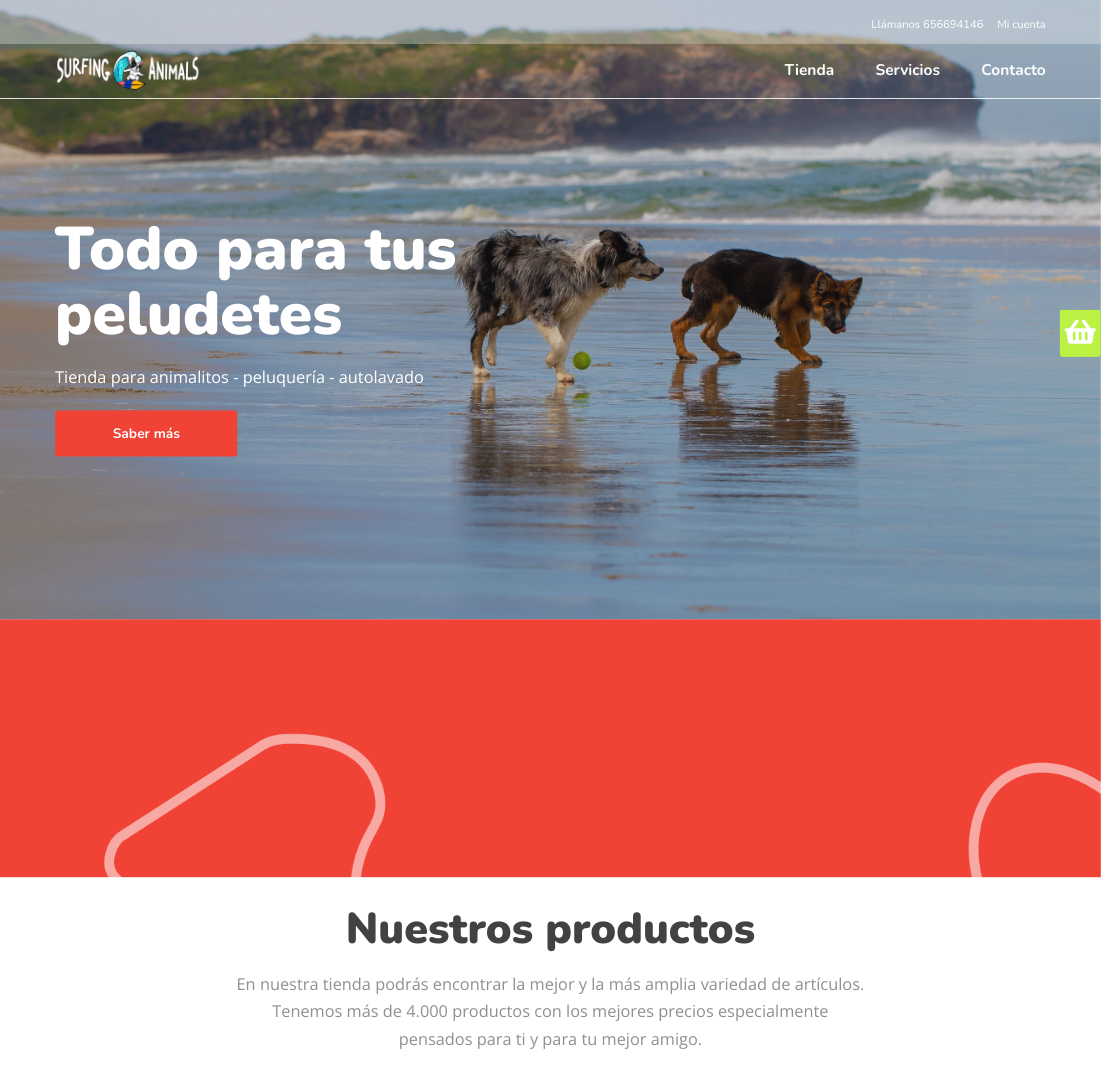
Repository: MarilynCuore/landingVet
Page: index.html
The author's editor kept a copy of each file at every save. The page is drawn from the files as they stood at one save, then again after the next save.
The browser window is 1280 px wide. The pictures show the part of the page from y = 0 to 1256 px (the page is 2964 px tall before and 2983 px after), at 86% of full size.
Pictures or frames that could not be fetched are drawn as grey boxes. Some web libraries are served in a nearby version. The style sheet was rebuilt from its Sass, Less or Tailwind sources for each picture, by a compiler version that may differ from the author's.

Above is the page before, as saved 2020-06-25 14:06:04.

After the next save:
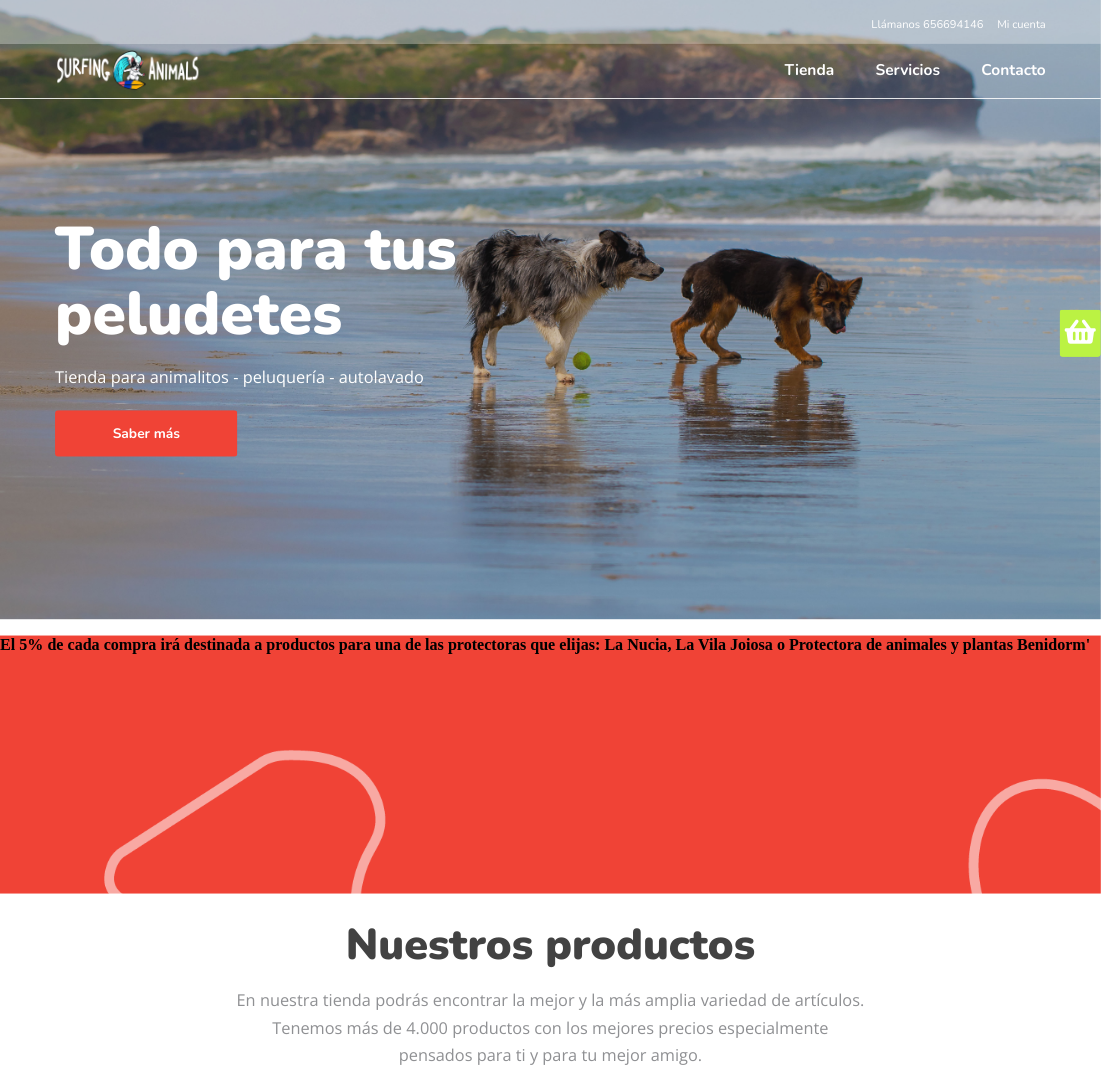
Saved 109 s later.
--- a/index.html
+++ b/index.html
@@ -64,7 +64,7 @@
 
     </header>
     <section>
-
+        <h3>El <span>5%</span> de cada compra irá destinada a productos para una de las protectoras que elijas: La Nucia, La Vila Joiosa o Protectora de animales y plantas Benidorm'</h3>
     </section>
     <section id="service">
         <div class="container">
